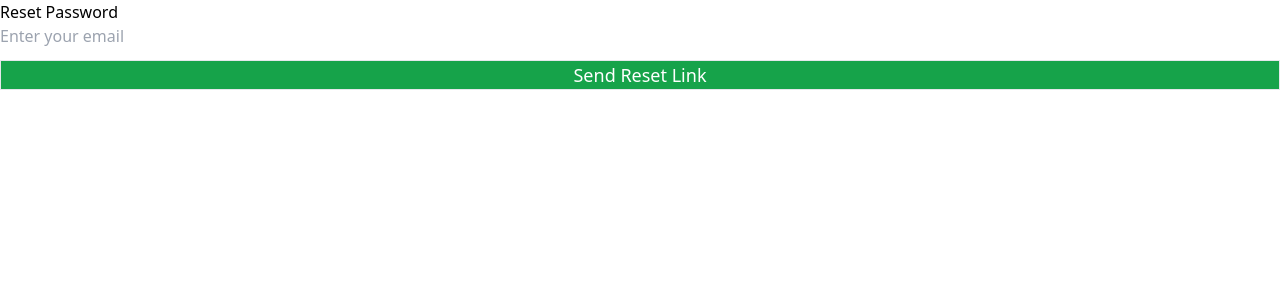
Repository: IssaMuiz/ifarmstock-admin
Page: /forgot-password
The author's editor kept a copy of each file at every save. The page is drawn from the files as they stood at one save, then again after the next save.
The browser window is 1280 px wide. The pictures show the whole page.
The project was rebuilt for these pictures with package versions that can differ from the ones it lists, and the page was loaded fresh each time. The framework's server and built-in components were replaced by stand-ins that run in the browser. Also part of the build but not shown: next.config.mjs.

Above is the page before, as saved 2024-09-30 08:10:32.

After the next save:
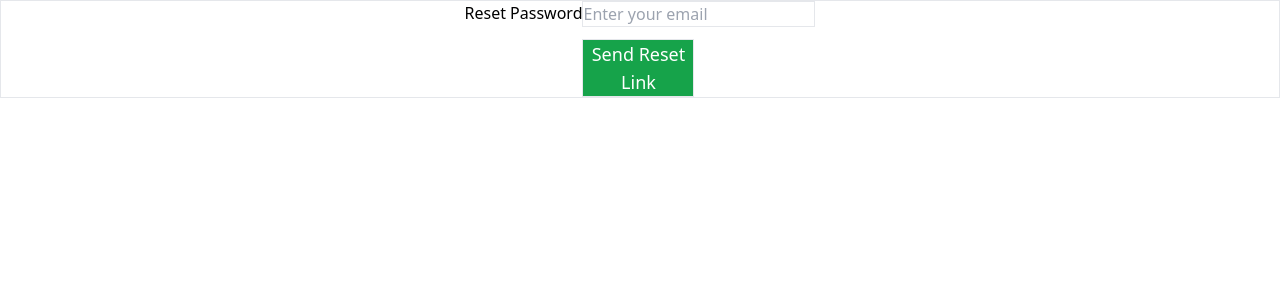
Saved 94 s later.
--- a/app/forgot-password/page.tsx
+++ b/app/forgot-password/page.tsx
@@ -27,10 +27,11 @@ const ForgotPassword = () => {
     }
   };
   return (
-    <div>
+    <div className="flex justify-center border">
       <h2>Reset Password</h2>
       <form className="flex flex-col gap-3" onSubmit={handleSubmit}>
         <input
+          className="border"
           type="email"
           placeholder="Enter your email"
           value={email}
@@ -38,7 +39,7 @@ const ForgotPassword = () => {
           required
         />
         <button
-          className="border bg-green-600 text-white text-lg text-semibold"
+          className="border bg-green-600 hover:bg-green-700 w-28 text-white text-lg text-semibold"
           type="submit"
         >
           {loading ? "Sending...." : "Send Reset Link"}
